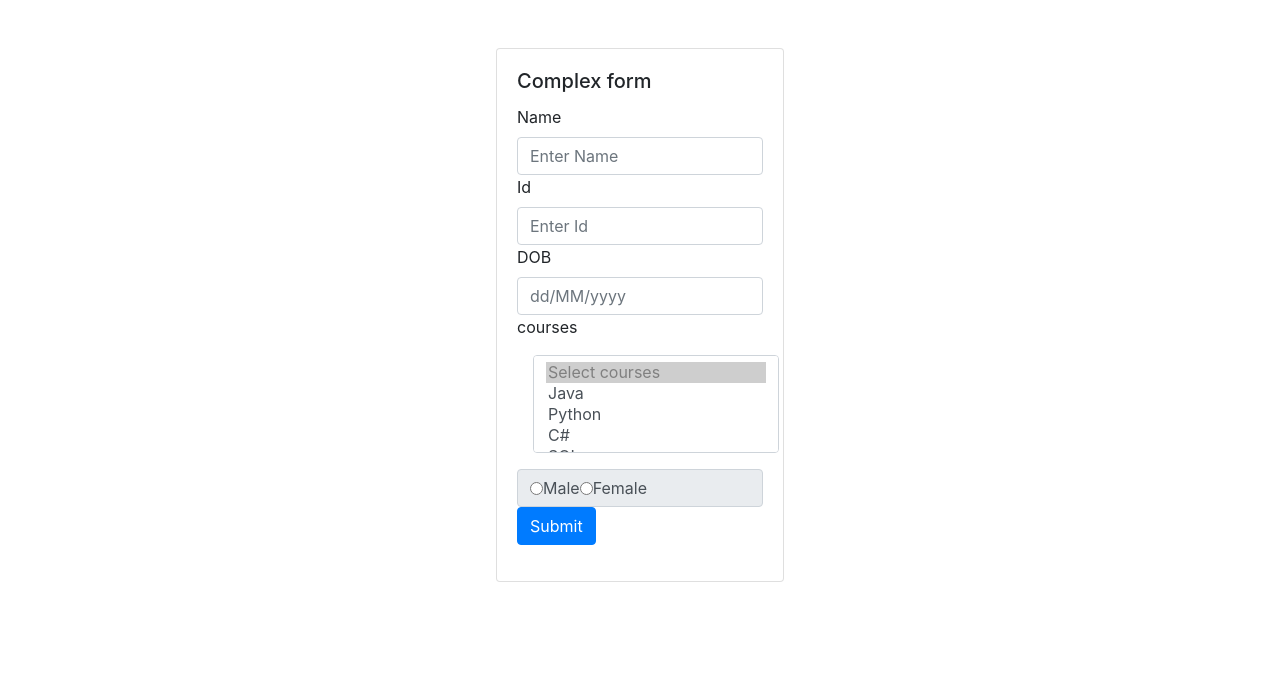
Repository: parvaizsajad/SpringFrameWork
Page: http://localhost/com.springMvc.search/complex
An editor plug-in stored every save of this project. The page is shown before and after the next save, followed by the edit.
The browser window is 1280 px wide. The pictures show the whole page.
Some web libraries are served in a nearby version. The page is served by Tomcat 9.

Above is the page before, as saved 2021-09-10 11:14:26.

After the next save:
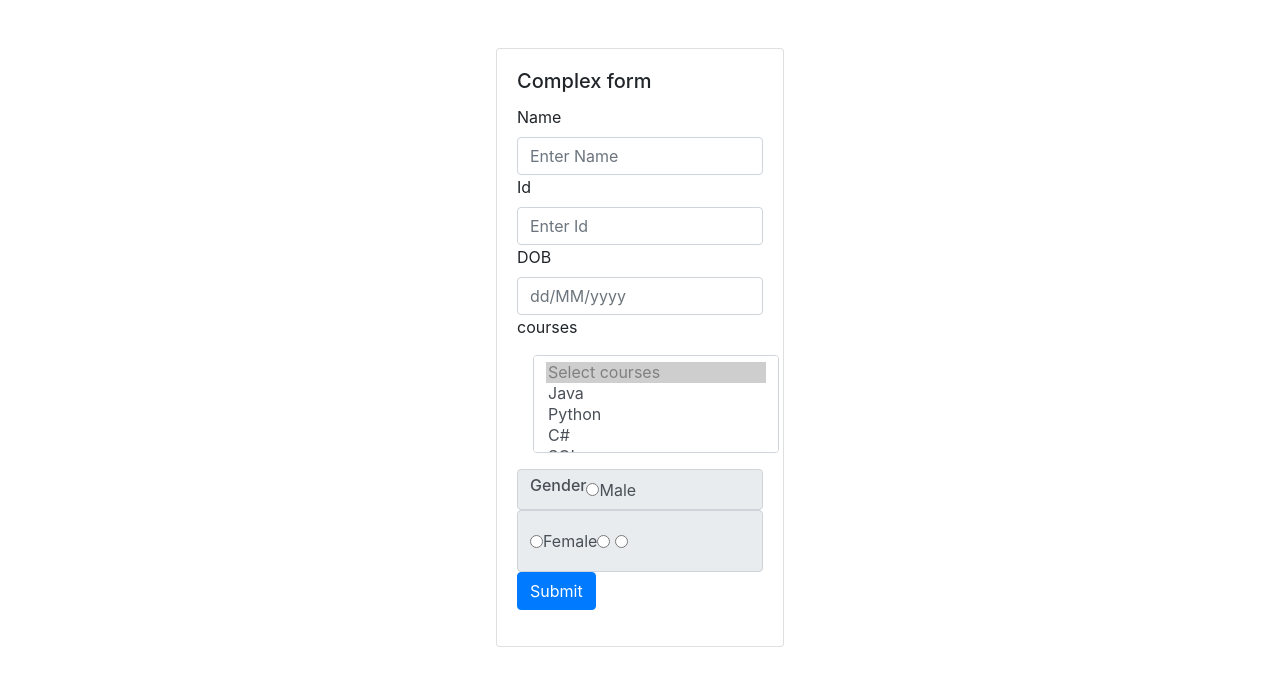
Saved 2 min 46 s later.
--- a/com.springMvc.search/src/main/webapp/WEB-INF/views/complex.jsp
+++ b/com.springMvc.search/src/main/webapp/WEB-INF/views/complex.jsp
@@ -41,9 +41,13 @@
 
 
     <div class="input-group-text">
-    <input class="gender" type="radio" aria-label="Radio button for following text input" name=" gender" value="Male" id="male1">Male
-
-    <input class="gender" type="radio" aria-label="Radio button for following text input" name="gender" value="Female" id="male1">Female
+    <h6>Gender</h6>
+    <input class="gender" type="radio" name=" gender" value="Male" id="male1">Male
+    </div>
+    <div class="input-group-text">
+    <input class="gender" type="radio"  name="gender" value="Female" id="male1">Female
+    <input type="radio" name="fav_language" value="HTML"><br>
+  <input type="radio" name="fav_language" value="CSS"><br>
     </div>
 
 
